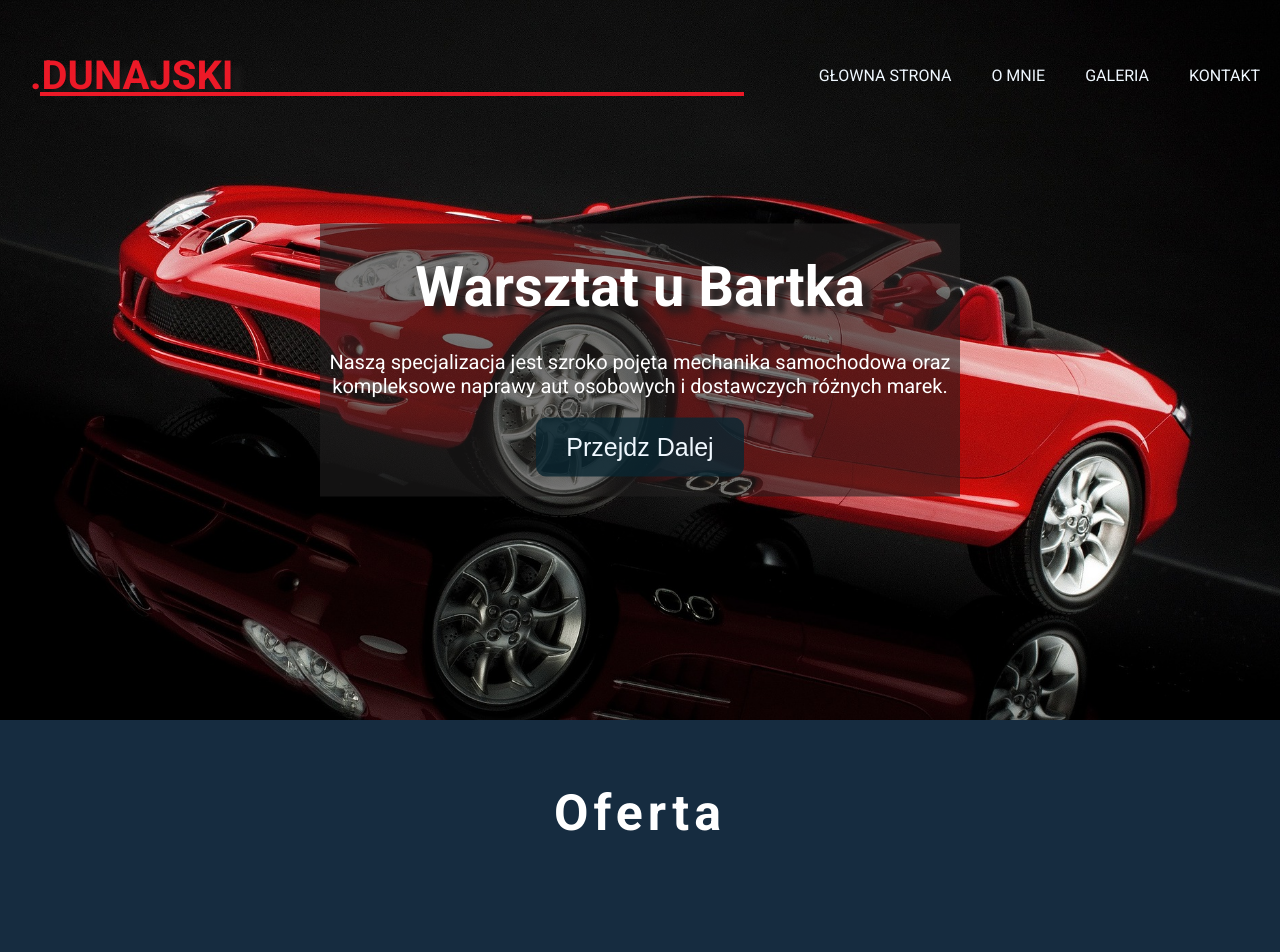
Repository: emas130/car-workshop-website
Page: index.html
These files come from the project's save history. The page is drawn as it stood at one moment and after the next save; the edit follows.
The browser window is 1280 px wide. The pictures show the part of the page from y = 0 to 952 px (the page is 1686 px tall).
A picture or video elsewhere on the page could not be fetched, so the positions and the page height are approximate. Some web libraries are served in a nearby version.

Above is the page before, as saved 2018-09-27 18:15:52.

After the next save:
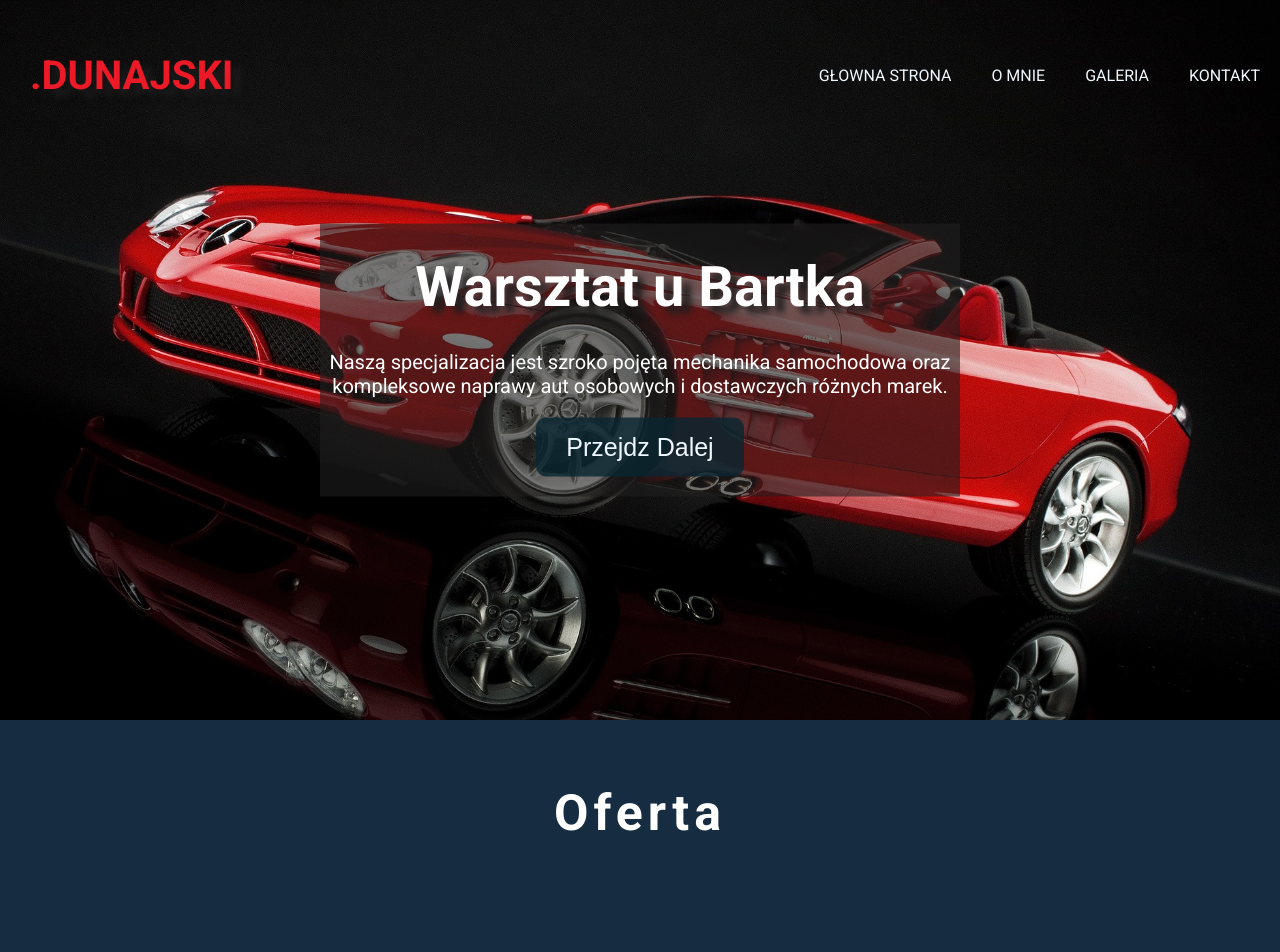
Saved 68 s later.
--- a/style.css
+++ b/style.css
@@ -53,15 +53,6 @@ header nav ul li a {
 	text-decoration: none;
 	padding: 2px 20px;
 	text-transform: uppercase;
-}
-
-header nav ul li a::before {
-	content: "";
-	position: absolute;
-	bottom: 20px;
-	left: 40px;
-	border-bottom: 4px solid #ec1927;
-	width: 55%;
 }
 
 .menu-toggle {
